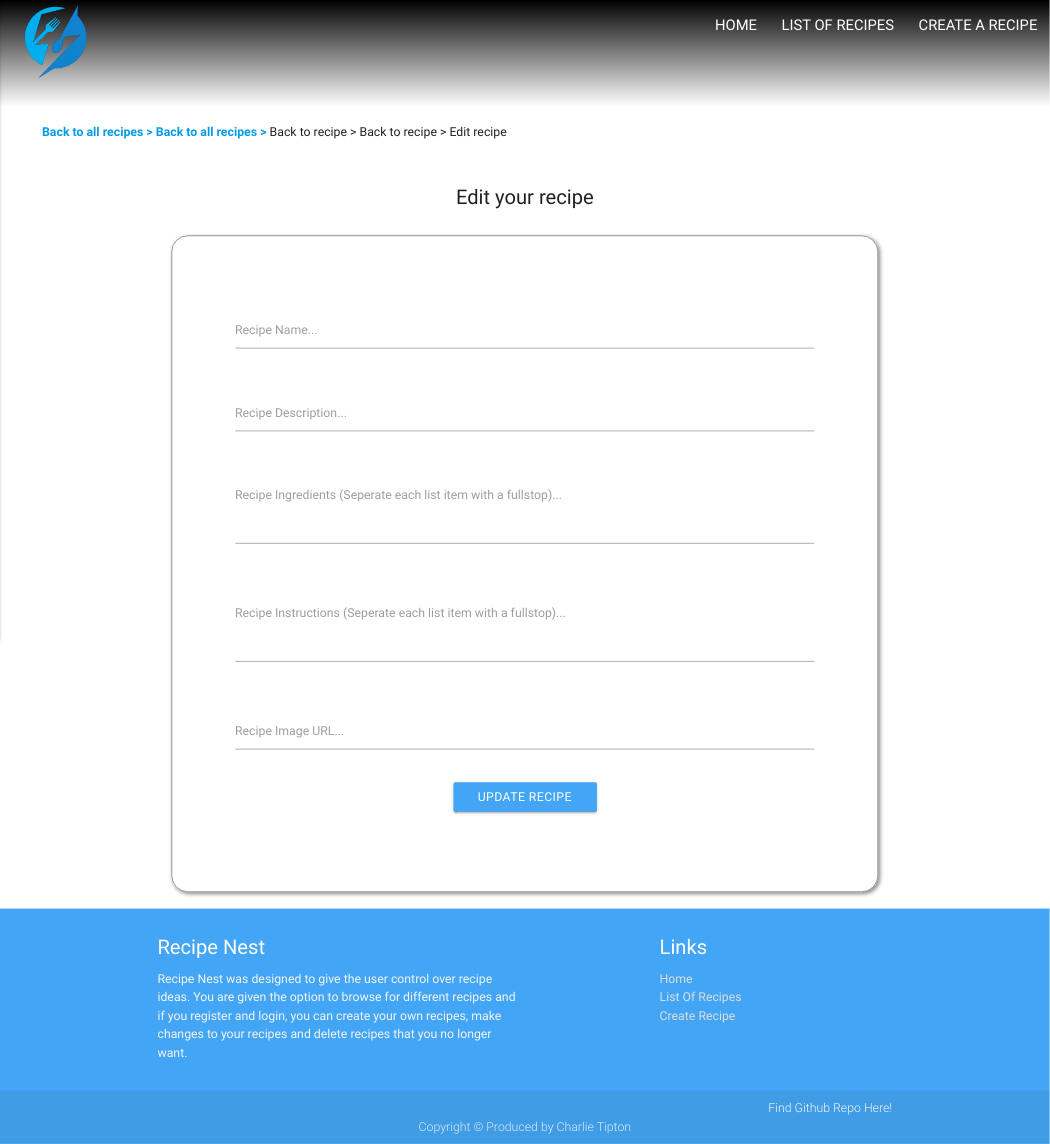
Repository: CharlieJT/Recipes
Page: templates/edit-recipe.html
The author's editor kept a record of every edit. The page is drawn from the files as they stood at one moment, then again after the next edit.
The browser window is 1280 px wide. The pictures show the whole page, at 82% of full size.
Some web libraries are served in a nearby version. The page is served by the project's application, run on Flask 3 (app.py). The template is opened directly, without the code that normally fills it, so the values that code supplies are empty.

Above is the page before.

### templates/edit-recipe.html
{% extends 'base.html' %} {% block content %}

<!-- Recipe Navbar & Heading divider -->

<div class="container-fluid recipe-container-heading">
    <div class="row">
        <div class="col recipe-container-column">
            <div class="main-recipe-section" />
        </div>
    </div>
</div>



<!-- Input fields for editing a recipe -->

<section>

    <div id="recipe-container-listing" class="container-fluid ">
        <div class="row bread-crumb">
            <div class="col back-button">
                <a href="{{ url_for('recipe_listing') }}">
                    <span class="go-back-one-page">
                        Back to all recipes >
                    </span>
                </a>
                <a href=href="{{ url_for('recipe', recipe_id=recipe._id) }}">
                    <span class="go-back-one-page">
                        Back to all recipes >
                    </span>
                </a>
                <span class="go-back-two-page">
                    Back to recipe >
                </span>
                <span class="go-back-one-page">
                Back to recipe >
            </span>
                <span>
                Edit recipe
            </span>
            </div>
        </div>
        <div class="row recipe-row">
            <!-- Main Recipes Header -->
            <div class="recipe-listing-column col s12">
                <h5>Edit your recipe</h5>
            </div>
            <div class="container create-recipe-fields">
                <div class="row">
                    <form action="{{ url_for('update_recipe', recipe_id=recipe._id) }}" method="POST" class="col s12 edit-recipe-form">
                        <div class="row recipe-name-input-row">
                            <div class="input-field col s12">
                                <input id="create-recipe-listing" value="{{ recipe.recipe_name }}" name="recipe_name" type="text" class="w-100 insert-recipe-name" required>
                                <label for="create-recipe-listing-label">Recipe Name...</label>
                                <span class="helper-text insert-recipe-name-validation" data-error="wrong" data-success="right">*Please enter recipe name</span>
                            </div>
                        </div>
                        <div class="row recipe-description-input-row">
                            <div class="input-field col s12">
                                <input id="create-recipe-listing" value="{{ recipe.recipe_description }}" name="recipe_description" type="text" class="w-100 insert-recipe-description" required>
                                <label for="create-recipe-listing-label">Recipe Description...</label>
                                <span class="helper-text insert-recipe-description-validation" data-error="wrong" data-success="right">*Please enter recipe desciption</span>
                            </div>
                        </div>
                        <div class="row recipe-ingredients-input-row">
                            <div class="input-field col s12">
                                <textarea id="create-recipe-listing" name="recipe_ingredients" type="text" class="w-100 materialize-textarea insert-recipe-ingredients" required>{{ recipe.recipe_ingredients }}</textarea>
                                <label for="create-recipe-listing-label">Recipe Ingredients (Seperate each list item with a fullstop)...</label>
                                <span class="helper-text insert-recipe-ingredients-validation" data-error="wrong" data-success="right">*Please enter recipe ingredients</span>
                            </div>
                        </div>
                        <div class="row recipe-instructions-input-row">
                            <div class="input-field col s12">
                                <textarea id="create-recipe-listing" name="recipe_instructions" type="text" class="w-100 materialize-textarea insert-recipe-instructions" required>{{ recipe.recipe_instructions }}</textarea>
                                <label for="create-recipe-listing-label">Recipe Instructions (Seperate each list item with a fullstop)...</label>
                                <span class="helper-text insert-recipe-instructions-validation" data-error="wrong" data-success="right">*Please enter recipe instructions</span>
                            </div>
                        </div>
                        <div class="row recipe-image-url-row">
                            <div class="input-field col s12">
                                <input id="create-recipe-listing" value="{{ recipe.recipe_image_url }}" name="recipe_image_url" type="text" class="w-100 insert-recipe-image-url" required>
                                <label for="create-recipe-listing-label">Recipe Image URL...</label>
                                <span class="helper-text insert-recipe-image-url-validation" data-error="wrong" data-success="right">*Please enter recipe image url</span>
                            </div>
                        </div>
                        <div class="row recipe-button-row">
                            <button class="btn waves-effect waves-light blue lighten-1 create-recipe-submit-button" type="submit" name="action">Update Recipe</button>
                        </div>
                    </form>
                </div>
            </div>
        </div>
    </div>
</section>

{% endblock %}

### templates/base.html
<!DOCTYPE html>
<html>

<head>
    <!--Import Google Icon Font-->
    <link href="https://fonts.googleapis.com/icon?family=Material+Icons" rel="stylesheet">

    <!--Import materialize.css-->
    <link rel="stylesheet" href="https://cdnjs.cloudflare.com/ajax/libs/materialize/0.100.2/css/materialize.min.css">

    <!-- Exteral styles -->
    <link rel="stylesheet" href="{{url_for('static', filename='css/base.css')}}" type="text/css" />
    <link rel="stylesheet" href="{{url_for('static', filename='css/index.css')}}" type="text/css" />
    <link rel="stylesheet" href="{{url_for('static', filename='css/recipe-listing.css')}}" type="text/css" />
    <link rel="stylesheet" href="{{url_for('static', filename='css/recipe.css')}}" type="text/css" />
    <link href="https://fonts.googleapis.com/icon?family=Material+Icons" rel="stylesheet">

    <!-- Favicon -->
    <link rel="icon" href="{{ url_for('static', filename='/images/favicon.ico') }}" type="image/x-icon" />

    <!--Let browser know website is optimized for mobile-->
    <meta name="viewport" content="width=device-width, initial-scale=1.0" />

    <title>Recipe Nest - {{ title }}</title>
</head>

<body>
    <!-- Main Navbar -->
    <nav class="navbar-container N/A transparent">
        <div class="nav-wrapper">
            <a href="{{ url_for('index') }}" id="recipes-logo">
                <img class="recipe-logo-image" src="static/images/recipe-nest.png" alt="Recipes Logo"/>
            </a>
            <a href="#" data-activates="mobile-demo" class="button-collapse"><i class="material-icons">menu</i></a>
            <ul id="nav-mobile" class="right hide-on-med-and-down navbar-listing">
                <li class="tab"><a class="nav-link" href="{{ url_for('index') }}">Home</a></li>
                <li class="tab"><a class="nav-link" href="{{ url_for('recipe_listing') }}">List of Recipes</a></li>
                <li class="tab"><a class="nav-link" href="{{ url_for('create_recipe') }}">Create a Recipe</a></li>
            </ul>
        </div>
    </nav>
    <ul class="side-nav" id="mobile-demo">
        <li class="tab"><a class="active" href="{{ url_for('index') }}">Home</a></li>
        <li class="tab"><a href="{{ url_for('recipe_listing') }}">List of Recipes</a></li>
        <li class="tab"><a href="{{ url_for('create_recipe') }}">Create a Recipe</a></li>
    </ul>

    {% block content %} {% endblock %}

    <!-- Footer -->
    <footer class="page-footer blue lighten-1">
        <div class="container">
            <div class="row">
                <div class="col l6 s12">
                    <h5 class="white-text">Recipe Nest</h5>
                    <p class="grey-text text-lighten-4"></p>
                    <p class="grey-text text-lighten-4">Recipe Nest was designed to give the user control over recipe ideas. You are given the option to browse for different recipes and if you register and login, you can create your own recipes, make changes to your recipes and delete recipes
                        that you no longer want.</p>
                </div>
                <div class="col l4 offset-l2 s12">
                    <h5 class="white-text">Links</h5>
                    <ul class="footer-links">
                        <li><a class="pages-footer-link" href="{{ url_for('index') }}">Home</a></li>
                        <li><a class="pages-footer-link" href="{{ url_for('recipe_listing') }}">List Of Recipes</a></li>
                        <li><a class="pages-footer-link" href="{{ url_for('create_recipe') }}">Create Recipe</a></li>
                    </ul>
                </div>
            </div>
        </div>
        <div class="footer-copyright">
            <div class="container">
                <a class="grey-text text-lighten-4 right" href="https://github.com/CharlieJT/Repices" target="_blank">Find Github Repo Here!</a>
                <div class="footer-bottom">Copyright © Produced by Charlie Tipton</div>
            </div>
        </div>
    </footer>

    <!-- Back to top icon -->
    <a href="#" class="to-top"></a>

    <script src="https://cdnjs.cloudflare.com/ajax/libs/jquery/3.2.1/jquery.min.js"></script>
    <script src="https://cdnjs.cloudflare.com/ajax/libs/materialize/0.100.2/js/materialize.min.js"></script>
    <script src="{{url_for('static', filename='js/script.js')}}"></script>
</body>

</html>

### app.py
import os
from flask import Flask, render_template, redirect, url_for, request, flash
from flask_pymongo import PyMongo, DESCENDING
from bson.objectid import ObjectId
import re

app = Flask(__name__)

app.config["MONGO_DBNAME"] = 'myRecipes'
app.config['MONGO_URI'] = os.environ.get("MONGO_URI")

mongo = PyMongo(app)

@app.route('/')
@app.route('/index')
def index():
    """This shows a list of 3 recipes which have the highest views"""
    recipes=mongo.db.recipes.find().sort([('views', DESCENDING)]).limit(3)
    return render_template('index.html', title="Home", recipes=recipes)


@app.route('/recipe_listing')
def recipe_listing():
    """This shows a list of all of the recipes"""
    recipes=mongo.db.recipes.find()
    return render_template('recipe-listing.html', title="Recipes", recipes=recipes)


@app.route('/recipe/<recipe_id>')
def recipe(recipe_id):
    """This shows all fields in recipes & increments the views by 1"""
    mongo.db.recipes.find_one_and_update(
        {'_id': ObjectId(recipe_id)},
        {'$inc': {'views': 1}}
    )
    recipe = mongo.db.recipes.find_one_or_404({'_id': ObjectId(recipe_id)})
    return render_template('recipe.html', title="Recipe", recipe=recipe)


@app.route('/create_recipe')
def create_recipe():
    """This shows a list of all of the recipes"""
    recipes_db = mongo.db.recipes
    return render_template('create-recipe.html', title="Create Recipe")


@app.route('/insert_recipe', methods=['POST'])
def insert_recipe():
    """This will add each field to the database"""
    recipe_db = mongo.db.recipes
    # This is insert a new value for each field
    recipe_db.insert_one(request.form.to_dict())
    return redirect(url_for('recipe_listing'))


@app.route('/edit_recipe/<recipe_id>')
def edit_recipe(recipe_id):
    """This will find a specific recipe from the database"""
    recipes_db = mongo.db.recipes.find_one({ '_id': ObjectId(recipe_id) })
    return render_template('edit-recipe.html', title="Edit Recipe", recipe=recipes_db)


@app.route('/update_recipe/<recipe_id>', methods=['POST'])
def update_recipe(recipe_id):
    """This shows a list of all of the recipes"""
    recipe_db = mongo.db.recipes
    recipe_db.update({ '_id': ObjectId(recipe_id)},
    {
        'recipe_name':request.form.get('recipe_name'),
        'recipe_description':request.form.get('recipe_description'),
        'recipe_ingredients': request.form.get('recipe_ingredients'),
        'recipe_instructions': request.form.get('recipe_instructions'),
        'recipe_image_url':request.form.get('recipe_image_url')
    })
    return redirect(url_for('recipe_listing'))


@app.route('/search')
def search():
    """This is the logic behind the search bars"""
    orig_query = request.args['query']
    # Using regular expressions to search for any case
    query = {'$regex': re.compile('.*{}.*'.format(orig_query)), '$options': 'i'}
    # This will do a find amoungst recipe name, recipe description & recipe instructions
    results = mongo.db.recipes.find({
        '$or': [
            {'recipe_name': query},
            {'recipe_description': query},
            {'recipe_instructions': query},
        ]
    })

    recipes = []
    for result in results:
        recipes.append(result)

    return render_template('search.html', title="Search results for", query=orig_query, results=recipes)



@app.route('/delete_recipe/<recipe_id>')
def delete_recipe(recipe_id):
    """This shows a list of all of the recipes"""
    mongo.db.recipes.remove({ '_id': ObjectId(recipe_id) })
    return redirect(url_for('recipe_listing'))


if __name__ == '__main__':
    app.run(host=os.environ.get('IP'),
    port=int(os.environ.get('PORT')),
    debug=True)

### static/css/index.css
/* ---------- Main Image ----------*/

.title-container {
    display: flex;
    align-items: center;
    height: 100vh;
    color: #fff;
}

.main-heading-column {
    background-color: #000000a6;
    border-radius: 10px;
}

.title-container .row {
    opacity: 0;
    filter: blur(100px);
    animation: FadeInGreeting 1.5s 1s forwards ease-in-out;
}

.title-container h1 {
    text-align: center;
    font-size: 2.4rem;
}

.search-button {
    display: flex;
    justify-content: center;
}

.down-arrow-link {
    color: white;
}

.down-arrow {
    display: flex !important;
    position: absolute;
    left: 49vw;
    right: 50vw;
    font-size: 3.7rem !important;
    justify-content: center;
    animation: scrollDown 0.4s alternate-reverse infinite cubic-bezier(1,-0.01, 0.79, 0.54);
}

.main-image-container {
    background: url(../images/recipe-nest-main-image.png) fixed center center no-repeat;
    height: 100%;
}

.main-recipe-images-column {
    padding: 0 !important;
}

main-recipe-images-column {
    height: 80vh;
}

.opaque-background {
    background-color: #00000061;
}

/* label color */

.recipe-label {
    color: #fff;
}

/* label focus color */

.input-field input[type=text]:focus+label {
    color: #fff;
}

/* label underline focus color */

.input-field input[type=text]:focus {
    border-bottom: 1px solid #fff;
    box-shadow: 0 1px 0 0 #000;
}

/* valid color */

.input-field input[type=text].valid {
    border-bottom: 1px solid #fff;
    box-shadow: 0 1px 0 0 #fff;
}

/* invalid color */

.input-field input[type=text].invalid {
    border-bottom: 1px solid #fff;
    box-shadow: 0 1px 0 0 #fff;
}

/* label focus color */

.input-field input:focus+label {
    color: #42a5f5 !important;
}

/* label underline focus color */

.row .input-field input:focus {
    border-bottom: 1px solid #42a5f5 !important;
    box-shadow: 0 1px 0 0 #42a5f5 !important;
}

.recipe-search-bar:focus {
    border-bottom: 1px solid #42a5f5 !important;
    -webkit-box-shadow: 0 1px 0 0 #26a69a !important;
    box-shadow: 0 1px 0 0 #42a5f5 !important;
}

/* ---------- Recipe Cards ----------*/

#recipe-container-main {
    background-color: #fff;
}

.down-arrow {
    position: absolute;
    left: 50%;
}

.card-surrounding {
    max-width: 265px;
    margin: auto;
}

.card {
    margin: 2.5rem 0 2.5rem 0;
}

.recipe-image {
    padding: 10px;
    border-radius: 15px !important;
}

.most-viewed-divider {
    width: 150px;
}

.mostly-viewed-heading-column {
    margin: 60px;
    margin: 5.5rem auto 1.5rem;
}

.mostly-viewed-heading-column h5 {
    text-align: center;
    margin: auto;
}

#recipe-container-main .row {
    margin: 0;
}

#recipe-container-main .col {
    padding: 0 2.75rem;
}

.recipe-name,
.recipe-close {
    position: relative;
    width: 100%;
    font-size: 1.1rem !important;
    font-weight: 400 !important;
}

.recipe-name i {
    top: 0;
    right: -15px;
}

.recipe-close i {
    position: absolute;
    right: 0;
    top: 0;
    margin-top: 30px;
    margin-right: 12px;
}

.card-title-spacer {
    display: flex;
    height: 120px;
}

.more-info {
    position: absolute;
}

.button-container {
    display: flex;
    justify-content: center;
    width: 100%;
}

/* ---------- Media Queries ----------*/

@media only screen and (min-width: 992px) {
    .recipe-row {
        width: 992px;
        margin: auto !important;
    }
    .title-container h1 {
        font-size: 3rem;
    }
}

@media only screen and (min-width: 1050px) {
    .main-image-container {
        background-size: 100%;
    }
}

@media only screen and (min-width: 1200px) {
    .recipe-row {
        width: 1200px;
        margin: auto !important;
    }
}



/* ---------- Keyframes (Animations) ----------*/

@-webkit-keyframes scrollDown {
    from {
        margin-top: 0;
    }
    to {
        margin-top: 8px;
    }
}

@keyframes scrollDown {
    from {
        margin-top: 0;
    }
    to {
        margin-top: 8px;
    }
}

@-webkit-keyframes FadeInGreeting {
    from {
        opacity: 0;
    }
    to {
        opacity: 1;
    }
}

@keyframes FadeInGreeting {
    from {
        opacity: 0;
        filter: blur(100px);
    }
    to {

        opacity: 1;
        filter: blur(0px);
    }
}

### static/css/recipe-listing.css
.recipe-container-heading .recipe-container-column {
    background: linear-gradient(#000, #fff);
    height: 130px;
    width: 100%;
}

.recipe-listing-column {
    margin: 60px;
    margin: 1.5rem auto 1.5rem;
    text-align: center;
}

.search-recipe-listing-label {
    color: #000;
}

### static/css/recipe.css
.recipe-page-image {
    width: 100%;
    max-width: 300px;
    max-height: 300px;
    border-radius: 10px;
    border: 1px solid #ccc;
}

.recipe-ingredients li,
.recipe-insturctions li{
    list-style-type: disc;
}

.recipe-description-row {
    height: 300px;
}

.edit-and-delete-buttons {
    float: right;
}

.back-button span:nth-child(1) {
    display: inline;
    cursor: pointer;
    font-weight: bold;
}

/* ---------- Media Queries ----------*/

@media only screen and (max-width: 315px) {
    .delete-recipe-button {
        margin-top: 5px;
    }
}

@media only screen and (max-width: 500px) {
  .edit-and-delete-buttons {
    float: none;
        padding-left: 10px;
    }
}

Loaded but not shown: static/js/script.js (129 lines, source omitted); static/css/base.css (575 lines, source omitted)

After the next edit:
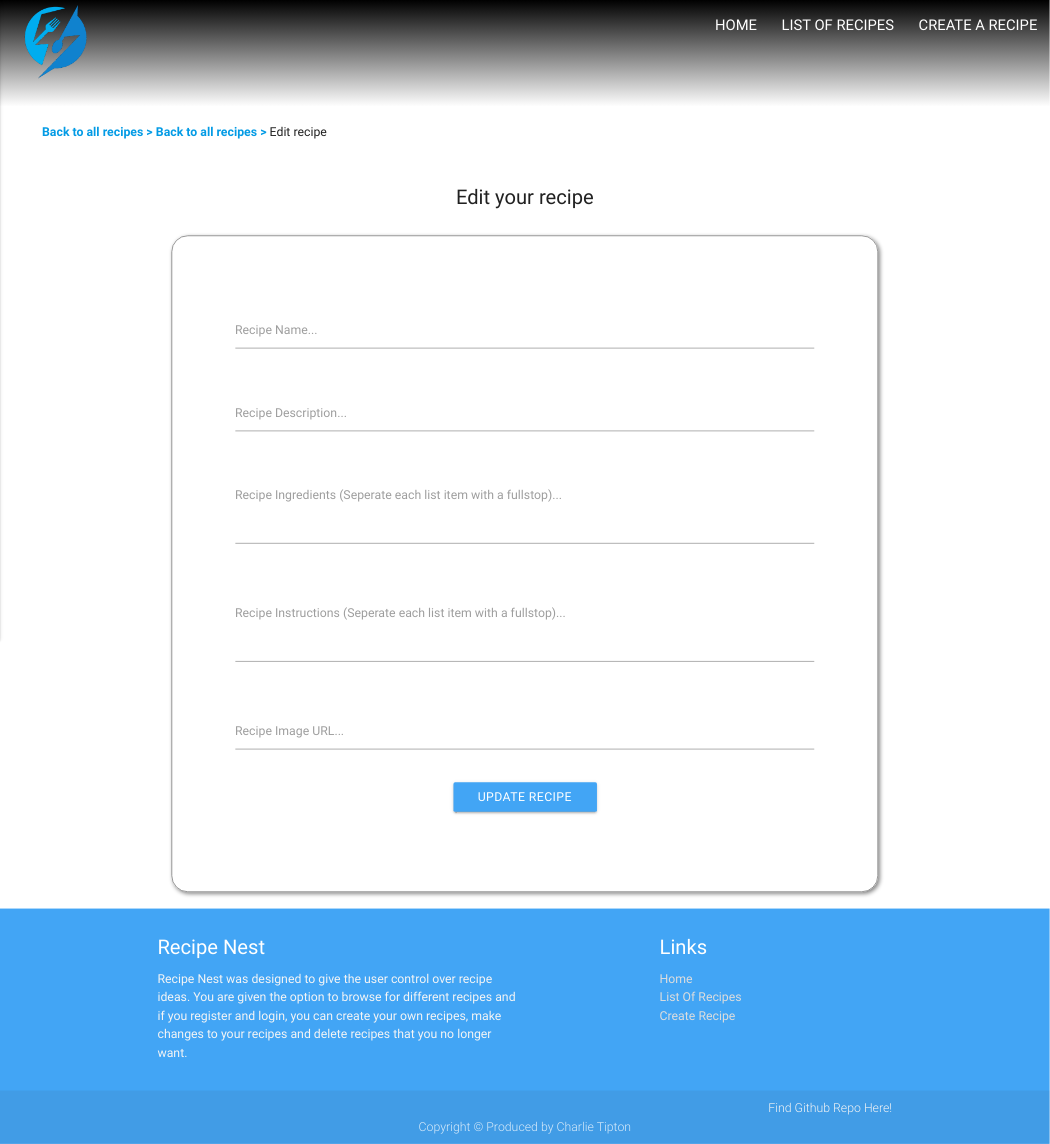
The edit:
--- a/templates/edit-recipe.html
+++ b/templates/edit-recipe.html
@@ -29,15 +29,9 @@
                         Back to all recipes >
                     </span>
                 </a>
-                <span class="go-back-two-page">
-                    Back to recipe >
+                <span>
+                    Edit recipe
                 </span>
-                <span class="go-back-one-page">
-                Back to recipe >
-            </span>
-                <span>
-                Edit recipe
-            </span>
             </div>
         </div>
         <div class="row recipe-row">
